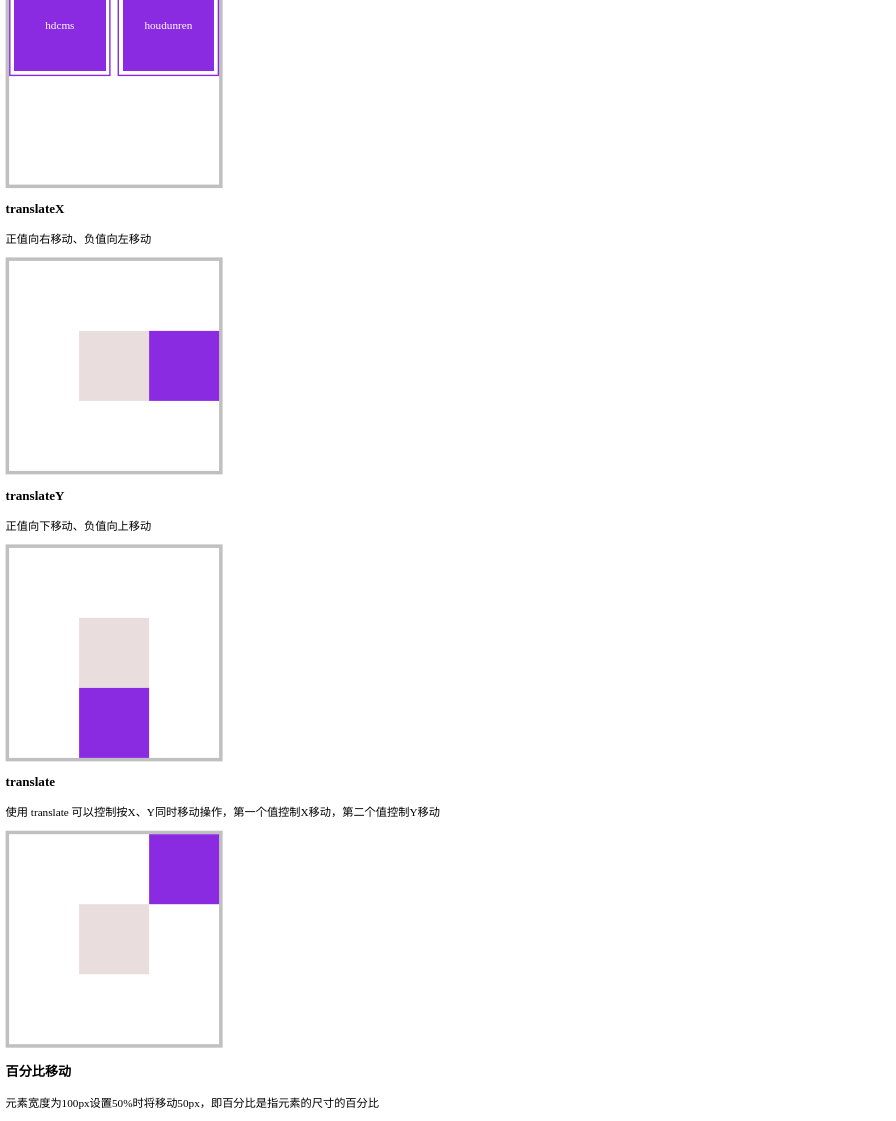
Repository: Aissd/animateDemo
Page: translate.html
The author's editor kept a copy of each file at every save. The page is drawn from the files as they stood at one save, then again after the next save.
The browser window is 1280 px wide. The pictures show the part of the page from y = 674 to 2594 px (the page is 2276 px tall before and 2594 px after), at 70% of full size.

Above is the page before, as saved 2020-05-11 22:19:07.

### translate.html
<!DOCTYPE html>
<html lang="en">
<head>
    <meta charset="UTF-8">
    <meta name="viewport" content="width=device-width, initial-scale=1.0">
    <title>变形动画</title>
    <link rel="stylesheet" href="./css/translate.css" />
</head>
<body>
    <div class="container">
        <section class="demo-section">
            <h3>变形叠加</h3>
            <p>下面设置了两次移动，并不会移动 550px 而是只移动50px</p>
            <div class="demo01"></div>
        </section>

        <section class="demo-section">
            <h3>伪类叠加</h3>
            <div class="demo02"></div>
        </section>

        <section class="demo-section">
            <h3>行内元素</h3>
            <p>行内元素不产生变形效果，将其转为 inline-block 或 block 以及弹性元素时都可以产生变化效果</p>
            <span class="demo03">hdcms</span>
        </section>

        <section class="demo-section">
            <h3>:target</h3>
            <article class="demo04">
                <div>
                    <a href="#hdcms">hdcms</a>
                    <aside id="hdcms">内容管理系统</aside>
                </div>
                <div>
                    <a href="#houdunren">houdunren</a>
                    <aside id="houdunren">在线社区</aside>
                </div>
            </article>
        </section>

        <section class="demo-section">
            <h3>translateX</h3>
            <p>正值向右移动、负值向左移动</p>
            <article class="demo05">
                <div></div>
                <div></div>
            </article>
        </section>

        <section class="demo-section">
            <h3>translateY</h3>
            <p>正值向下移动、负值向上移动</p>
            <article class="demo06">
                <div></div>
                <div></div>
            </article>
        </section>

        <section class="demo-section">
            <h3>translate</h3>
            <p>使用 translate 可以控制按X、Y同时移动操作，第一个值控制X移动，第二个值控制Y移动</p>
            <article class="demo07">
                <div></div>
                <div></div>
            </article>
        </section>

        <section class="demo-section">
            <h3>百分比移动</h3>
            <p>元素宽度为100px设置50%时将移动50px，即百分比是指元素的尺寸的百分比</p>
            <article class="demo08">
                <div></div>
                <div></div>
            </article>
        </section>
    </div>
</body>
</html>

### css/translate.css
.demo01 {
    transform: translateX(500px);
    width: 100px;
    height: 100px;
    background: #9b59b6;
}

.demo01:nth-child(1) {
    transform: translateX(50px);
}

.demo02 {
    transition: 2s;
    transform: translateX(200px) translateX(50px);
    width: 100px;
    height: 100px;
    background: #9b59b6;
    transition: 2s;
}

.demo02:hover {
    transform: translateX(100px);
}

.demo03 {
    display: inline-block; /* 去掉这行就失效了 */
    transition: 2s;
    transform: translateX(100px) translateX(50px);
    width: 100px;
    height: 100px;
    background: #9b59b6;
    transition: 2s;
}

.demo03:hover {
    transform: translateX(100px);
}

.demo04 {
    width: 300px;
    height: 300px;
    display: grid;
    gap: 10px;
    grid-template-columns: repeat(2, 1fr);
    grid-template-rows: repeat(2, 1fr);
    position: relative;
    border: 5px solid silver;
    color: #fff;
}

.demo04 div a {
    color: #fff;
    text-decoration: none;
}

.demo04 div,
.demo04 div aside {
    background: blueviolet;
    background-clip: content-box;
    padding: 5px;
    border: solid 2px blueviolet;
    box-sizing: border-box;
    display: flex;
    justify-content: center;
    align-items: center;
    position: relative;
}

.demo04 div aside {
    position: absolute;
    display: none;
    width: 100px;
    height: 100px;
}

.demo04 aside:target {
    display: block;
    transform: translateY(150px);
    box-shadow: 0 0 10px #ddd;
}

.demo05 {
    width: 300px;
    height: 300px;
    position: relative;
    border: solid 5px silver;
}

.demo05 div {
    width: 100px;
    height: 100px;
    background: blueviolet;
    box-sizing: border-box;
    position: absolute;
    left: 50%;
    margin-left: -50px;
    top: 50%;
    margin-top: -50px;
}

.demo05 div:nth-child(1) {
    background: #e9dddd;
}

.demo05 div:nth-child(2) {
    transform: translateX(100px);
}

.demo06 {
    width: 300px;
    height: 300px;
    position: relative;
    border: solid 5px silver;
}

.demo06 div {
    width: 100px;
    height: 100px;
    background: blueviolet;
    box-sizing: border-box;
    position: absolute;
    left: 50%;
    margin-left: -50px;
    top: 50%;
    margin-top: -50px;
}

.demo06 div:nth-child(1) {
    background: #e9dddd;
}

.demo06 div:nth-child(2) {
	transform: translateY(100px);
}

.demo07 {
    width: 300px;
    height: 300px;
    position: relative;
    border: solid 5px silver;
}

.demo07 div {
    width: 100px;
    height: 100px;
    background: blueviolet;
    box-sizing: border-box;
    position: absolute;
    left: 50%;
    margin-left: -50px;
    top: 50%;
    margin-top: -50px;
}

.demo07 div:nth-child(1) {
    background: #e9dddd;
}

.demo07 div:nth-child(2) {
	transform: translate(100px, -100px);
}

After the next save:
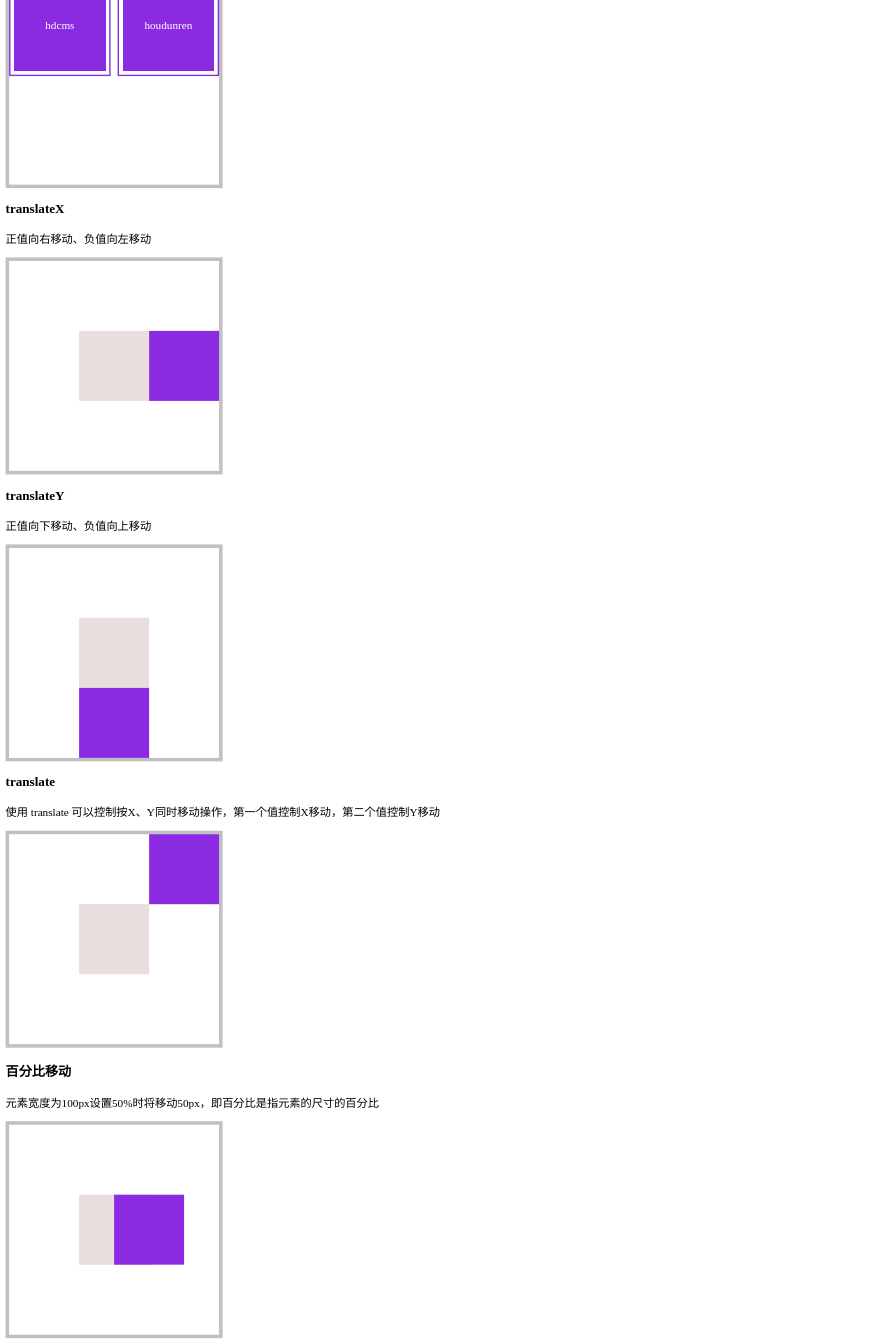
Saved 9 s later.
--- a/css/translate.css
+++ b/css/translate.css
@@ -159,3 +159,32 @@
 .demo07 div:nth-child(2) {
 	transform: translate(100px, -100px);
 }
+
+
+
+.demo08 {
+    width: 300px;
+    height: 300px;
+    position: relative;
+    border: solid 5px silver;
+}
+
+.demo08 div {
+    width: 100px;
+    height: 100px;
+    background: blueviolet;
+    box-sizing: border-box;
+    position: absolute;
+    left: 50%;
+    margin-left: -50px;
+    top: 50%;
+    margin-top: -50px;
+}
+
+.demo08 div:nth-child(1) {
+    background: #e9dddd;
+}
+
+.demo08 div:nth-child(2) {
+	transform: translateX(50%);
+}
